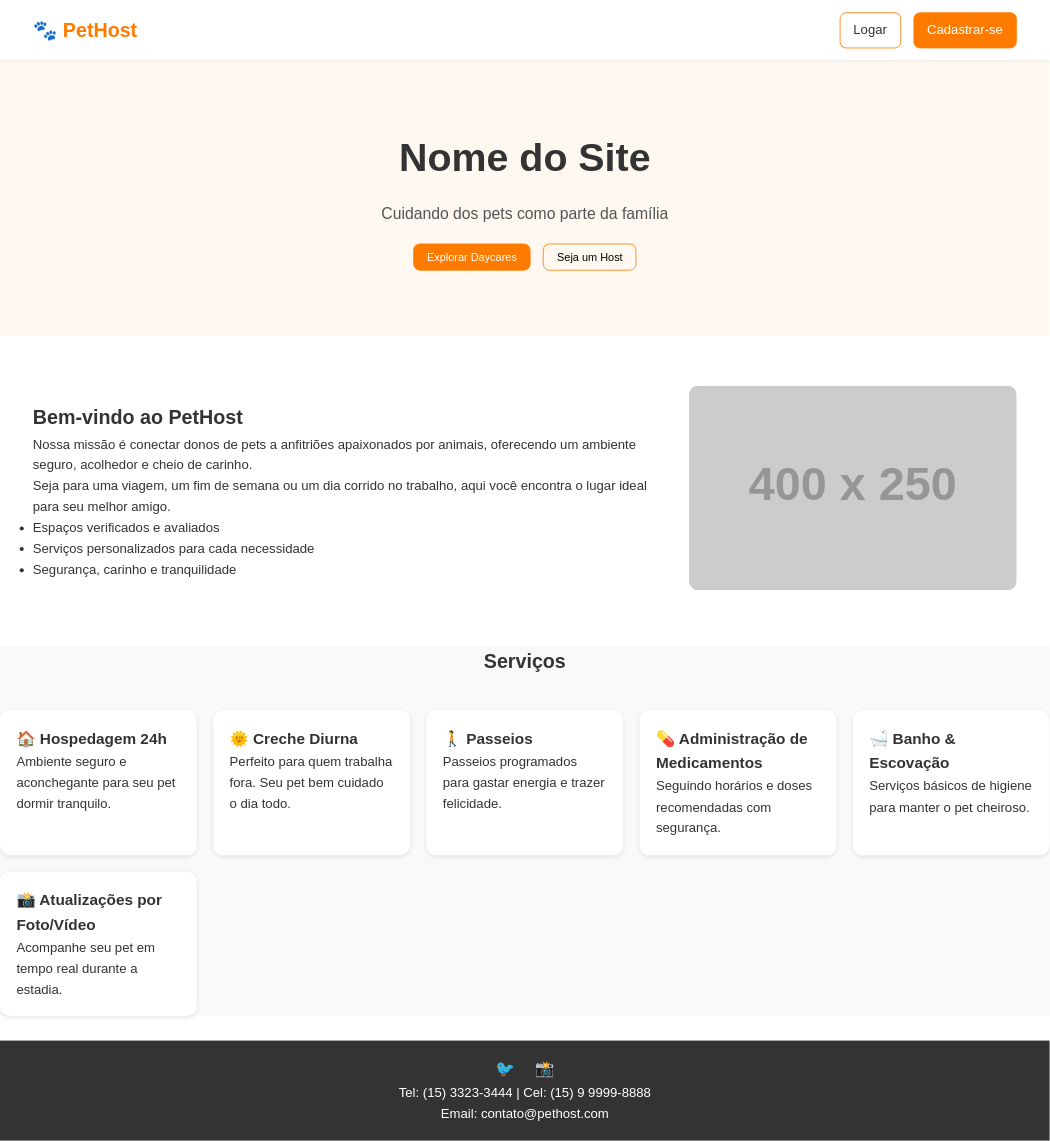
Repository: Vinicius9922/PetHost
Page: index.html
These files come from the project's save history. The page is drawn as it stood at one moment and after the next save; the edit follows.
The browser window is 1280 px wide. The pictures show the whole page, at 82% of full size.

Above is the page before, as saved 2025-09-09 17:13:58.

### index.html
<!DOCTYPE html>
<html lang="pt-BR">

<head>
  <meta charset="UTF-8">
  <meta name="viewport" content="width=device-width, initial-scale=1.0">
  <title>PetHost - Cuidando do seu Pet</title>
  <link rel="stylesheet" href="css/style.css">
</head>

<body>
  <!-- HEADER -->
  <header class="header">
    <div class="logo">🐾 PetHost</div>
    <nav class="nav">
      <!-- VISÍVEL QUANDO NÃO LOGADO -->
      <a onclick="window.location.href='login.html'" class="btn">Logar</a>
      <a onclick="window.location.href='cadastro.html'" class="btn btn-primary">Cadastrar-se</a>

      <!-- VISÍVEL QUANDO LOGADO (ocultar via JS se não logado) -->
      <div class="user-info hidden">
        <img src="https://via.placeholder.com/32" alt="Foto de perfil" class="avatar">
        <span class="username">Usuário</span>
      </div>
    </nav>

  </header>

  <!-- HERO -->
  <section class="hero">
    <h1>Nome do Site</h1>
    <p class="slogan">Cuidando dos pets como parte da família</p>
    <div class="hero-buttons">
      <button class="btn btn-primary" onclick="window.location.href='daycares.html'">
        Explorar Daycares
      </button>
      <button class="btn">Seja um Host</button>
    </div>
  </section>

  <!-- SOBRE -->
  <section class="about">
    <div class="about-text">
      <h2>Bem-vindo ao PetHost</h2>
      <p>
        Nossa missão é conectar donos de pets a anfitriões apaixonados por animais,
        oferecendo um ambiente seguro, acolhedor e cheio de carinho.
      </p>
      <p>
        Seja para uma viagem, um fim de semana ou um dia corrido no trabalho,
        aqui você encontra o lugar ideal para seu melhor amigo.
      </p>
      <ul>
        <li>Espaços verificados e avaliados</li>
        <li>Serviços personalizados para cada necessidade</li>
        <li>Segurança, carinho e tranquilidade</li>
      </ul>
    </div>
    <div class="about-image">
      <img src="https://via.placeholder.com/400x250" alt="Imagem ilustrativa">
    </div>
  </section>

  <!-- SERVIÇOS -->
  <section class="services">
    <h2>Serviços</h2>
    <div class="services-grid">
      <div class="service-card">
        <h3>🏠 Hospedagem 24h</h3>
        <p>Ambiente seguro e aconchegante para seu pet dormir tranquilo.</p>
      </div>
      <div class="service-card">
        <h3>🌞 Creche Diurna</h3>
        <p>Perfeito para quem trabalha fora. Seu pet bem cuidado o dia todo.</p>
      </div>
      <div class="service-card">
        <h3>🚶 Passeios</h3>
        <p>Passeios programados para gastar energia e trazer felicidade.</p>
      </div>
      <div class="service-card">
        <h3>💊 Administração de Medicamentos</h3>
        <p>Seguindo horários e doses recomendadas com segurança.</p>
      </div>
      <div class="service-card">
        <h3>🛁 Banho & Escovação</h3>
        <p>Serviços básicos de higiene para manter o pet cheiroso.</p>
      </div>
      <div class="service-card">
        <h3>📸 Atualizações por Foto/Vídeo</h3>
        <p>Acompanhe seu pet em tempo real durante a estadia.</p>
      </div>
    </div>
  </section>

  <!-- FOOTER -->
  <footer class="footer">
    <div class="socials">
      <a href="#">🐦</a>
      <a href="#">📸</a>
    </div>
    <div class="contact">
      <p>Tel: (15) 3323-3444 | Cel: (15) 9 9999-8888</p>
      <p>Email: contato@pethost.com</p>
    </div>
  </footer>
</body>

</html>

### css/style.css
/* ===============================LAYOUT GLOBAL================================== */
* {
  margin: 0;
  padding: 0;
  box-sizing: border-box;
}

body {
  font-family: Arial, sans-serif;
  line-height: 1.6;
  color: #333;
}

/* HEADER */
.header {
  display: flex;
  justify-content: space-between;
  align-items: center;
  padding: 15px 40px;
  background: #fff;
  border-bottom: 1px solid #ddd;
  position: sticky;
  top: 0;
  z-index: 100;
}

.nav-links li {
  display: inline-block;
  margin: 0 15px;
}

.nav-links a {
  text-decoration: none;
  color: #333;
  font-weight: 500;
  transition: color 0.3s;
}

.nav-links a:hover {
  color: #ff7f50;
}


.logo {
  font-size: 1.5rem;
  font-weight: bold;
  color: #ff7b00;
}

.nav {
  display: flex;
  align-items: center;
  gap: 15px;
}

.btn {
  padding: 8px 16px;
  border: 1px solid #ff7b00;
  border-radius: 8px;
  background: transparent;
  cursor: pointer;
  transition: all 0.3s;
}

.btn:hover {
  background: #ff7b00;
  color: #fff;
}

.btn-primary {
  background: #ff7b00;
  color: #fff;
}

.btn-primary:hover {
  background: #e86c00;
}

/* USER INFO */
.user-info {
  display: flex;
  align-items: center;
  gap: 8px;
}

.user-info img.avatar {
  border-radius: 50%;
}

.hidden {
  display: none;
}

/* HERO */
.hero {
  text-align: center;
  padding: 80px 20px;
  background: #fff8f0;
}

.hero h1 {
  font-size: 3rem;
  color: #333;
}

.slogan {
  margin: 15px 0;
  font-size: 1.2rem;
  color: #555;
}

.hero-buttons {
  margin-top: 20px;
  display: flex;
  gap: 15px;
  justify-content: center;
}

/* ABOUT */
.about {
  display: flex;
  justify-content: space-between;
  align-items: center;
  gap: 40px;
  padding: 60px 40px;
}

.about-text {
  flex: 1;
}

.about-image img {
  width: 100%;
  max-width: 400px;
  border-radius: 12px;
}

/* SERVICES */
.services {
  padding: 60px 40px;
  background: #f9f9f9;
}

.services h2 {
  text-align: center;
  margin-bottom: 40px;
  color: #333;
}

.services-grid {
  display: grid;
  grid-template-columns: repeat(auto-fit, minmax(220px, 1fr));
  gap: 20px;
}

.service-card {
  background: #fff;
  border-radius: 12px;
  padding: 20px;
  box-shadow: 0 2px 6px rgba(0,0,0,0.1);
  transition: transform 0.3s;
}

.service-card:hover {
  transform: translateY(-5px);
}

/* FOOTER */
.footer {
  padding: 20px;
  background: #333;
  color: #fff;
  text-align: center;
}

.footer .socials a {
  margin: 0 10px;
  font-size: 1.2rem;
  color: #ff7b00;
  text-decoration: none;
}


/* ===============================LOGIN E CADASTRO================================== */


/* Containers dos formulários */
.form-container {
  max-width: 400px;
  margin: 80px auto;
  padding: 2rem;
  background: #fff;
  border-radius: 16px;
  box-shadow: 0 4px 12px rgba(0,0,0,0.1);
  text-align: center;
}

.form-container h1 {
  margin-bottom: 1.5rem;
  color: #ff7a00; /* cor alaranjada padrão */
}

form {
  display: flex;
  flex-direction: column;
  gap: 1rem;
}

form label {
  text-align: left;
  font-weight: 600;
  color: #444;
}

form input, form select {
  padding: 0.8rem;
  border: 1px solid #ccc;
  border-radius: 8px;
  font-size: 1rem;
}

form input:focus, form select:focus {
  border-color: #ff7a00;
  outline: none;
}

.extra-link {
  margin-top: 1rem;
  font-size: 0.9rem;
}
.extra-link a {
  color: #ff7a00;
  text-decoration: none;
  font-weight: 600;
}
.extra-link a:hover {
  text-decoration: underline;
}


/* ===============================DAYCARES================================== */


/* Hero menor para páginas internas */
.hero.small {
  padding: 60px 20px;
  text-align: center;
  background: #ffe4cc;
}

.hero.small h1 {
  font-size: 2rem;
  margin-bottom: 10px;
}

.hero.small p {
  font-size: 1.2rem;
  color: #555;
}

/* Grid de Cards */
.grid-cards {
  display: grid;
  grid-template-columns: repeat(auto-fit, minmax(280px, 1fr));
  gap: 20px;
  margin: 40px 0;
}

.card {
  background: #fff;
  border-radius: 12px;
  overflow: hidden;
  box-shadow: 0 4px 10px rgba(0,0,0,0.1);
  display: flex;
  flex-direction: column;
  transition: transform 0.2s;
}

.card:hover {
  transform: translateY(-5px);
}

.card img {
  width: 100%;
  height: 180px;
  object-fit: cover;
}

.card-body {
  padding: 15px;
  flex: 1;
  display: flex;
  flex-direction: column;
  justify-content: space-between;
}

.card-body h3 {
  margin-bottom: 8px;
  font-size: 1.2rem;
}

.card-body p {
  color: #555;
  margin: 3px 0;
}

.price {
  font-weight: bold;
  color: #ff6600;
  margin-top: 5px;
}

.card-body .btn-primary {
  margin-top: 10px;
  text-align: center;
}


/* ===============================DETALHES================================== */


/* Banner */
.daycare-banner img {
  width: 100%;
  height: auto;
  border-radius: 8px;
  margin-bottom: 20px;
}

/* Conteúdo */
.daycare-details {
  max-width: 900px;
  margin: 0 auto;
  padding: 20px;
}

.daycare-details h1 {
  font-size: 2rem;
  margin-bottom: 10px;
}

.daycare-details .location {
  font-size: 1rem;
  color: #666;
  margin-bottom: 20px;
}

.daycare-details .description {
  font-size: 1.1rem;
  line-height: 1.6;
  margin-bottom: 30px;
}

.services {
  list-style: none;
  padding: 0;
  margin-bottom: 30px;
}

.services li {
  background: #fff3e6;
  padding: 10px;
  margin: 5px 0;
  border-radius: 6px;
}

.reviews {
  background: #f9f9f9;
  padding: 15px;
  border-left: 4px solid #ff7f50;
  margin-bottom: 30px;
  border-radius: 6px;
}

.actions {
  text-align: center;
}

/* ===============================CADASSTRO IMOVEL================================== */
.form-container {
  max-width: 700px;
  margin: 40px auto;
  background: #fff;
  padding: 30px;
  border-radius: 10px;
  box-shadow: 0 4px 12px rgba(0,0,0,0.1);
}

.form-container h1 {
  text-align: center;
  margin-bottom: 25px;
  color: #333;
}

.form label {
  display: block;
  margin-bottom: 8px;
  font-weight: 600;
}

.form input,
.form textarea,
.form select {
  width: 100%;
  padding: 12px;
  margin-bottom: 20px;
  border: 1px solid #ccc;
  border-radius: 6px;
  font-size: 1rem;
}

.form textarea {
  resize: vertical;
}

.checkbox-group {
  display: flex;
  flex-wrap: wrap;
  gap: 15px;
  margin-bottom: 20px;
}

.checkbox-group label {
  font-weight: normal;
}

After the next save:
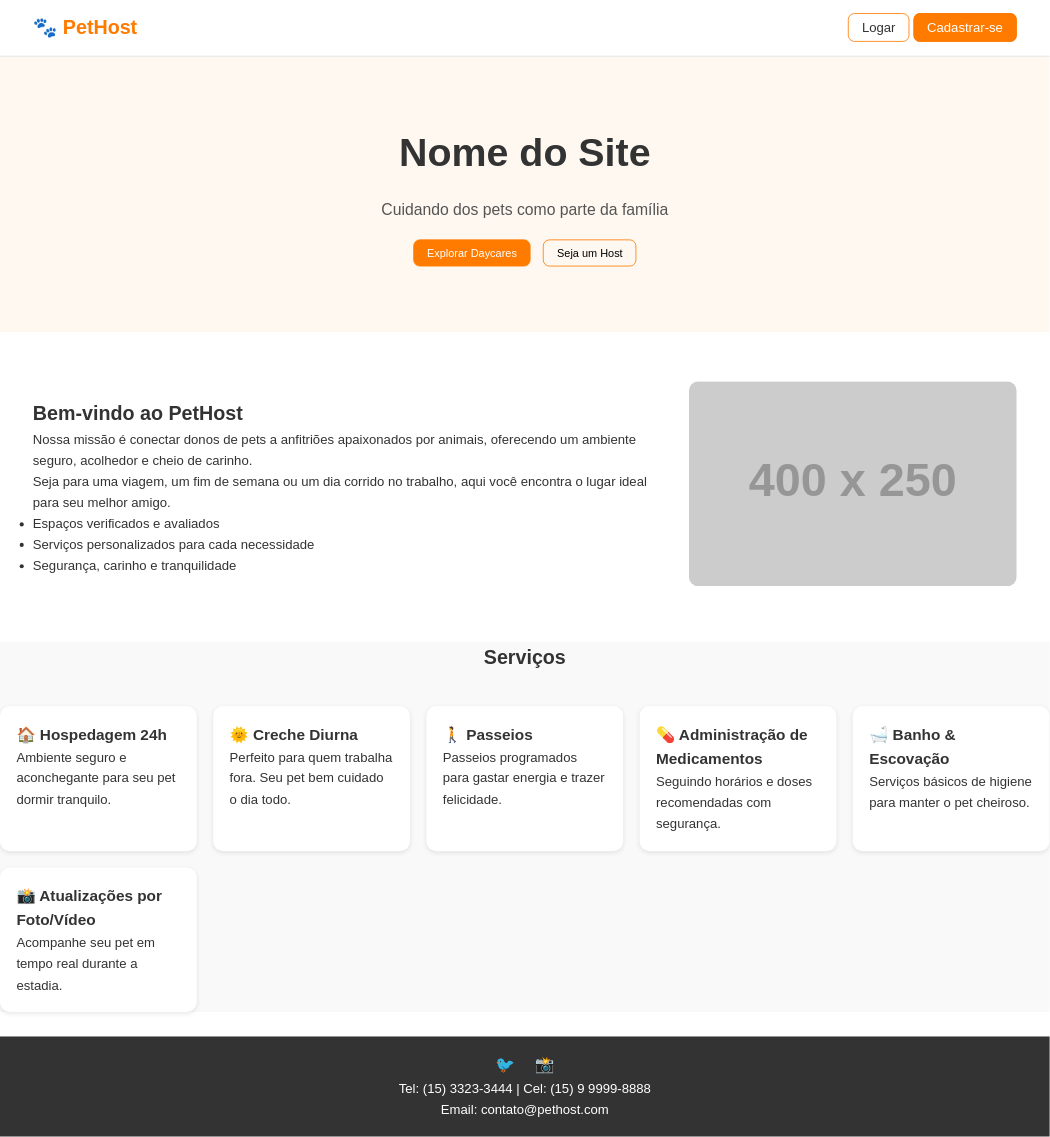
Saved 6 min 39 s later.
--- a/index.html
+++ b/index.html
@@ -10,21 +10,24 @@
 
 <body>
   <!-- HEADER -->
-  <header class="header">
-    <div class="logo">🐾 PetHost</div>
-    <nav class="nav">
-      <!-- VISÍVEL QUANDO NÃO LOGADO -->
+ <header class="header">
+  <div class="logo">🐾 PetHost</div>
+  <nav class="nav">
+    <!-- VISÍVEL QUANDO NÃO LOGADO -->
+    <div id="guest-links">
       <a onclick="window.location.href='login.html'" class="btn">Logar</a>
       <a onclick="window.location.href='cadastro.html'" class="btn btn-primary">Cadastrar-se</a>
+    </div>
 
-      <!-- VISÍVEL QUANDO LOGADO (ocultar via JS se não logado) -->
-      <div class="user-info hidden">
-        <img src="https://via.placeholder.com/32" alt="Foto de perfil" class="avatar">
-        <span class="username">Usuário</span>
-      </div>
-    </nav>
+    <!-- VISÍVEL QUANDO LOGADO -->
+    <div id="user-info" class="hidden">
+      <img src="https://via.placeholder.com/32" alt="Foto de perfil" class="avatar">
+      <span class="username">Usuário</span>
+      <button id="logoutBtn" class="btn btn-secondary">Sair</button>
+    </div>
+  </nav>
+</header>
 
-  </header>
 
   <!-- HERO -->
   <section class="hero">
